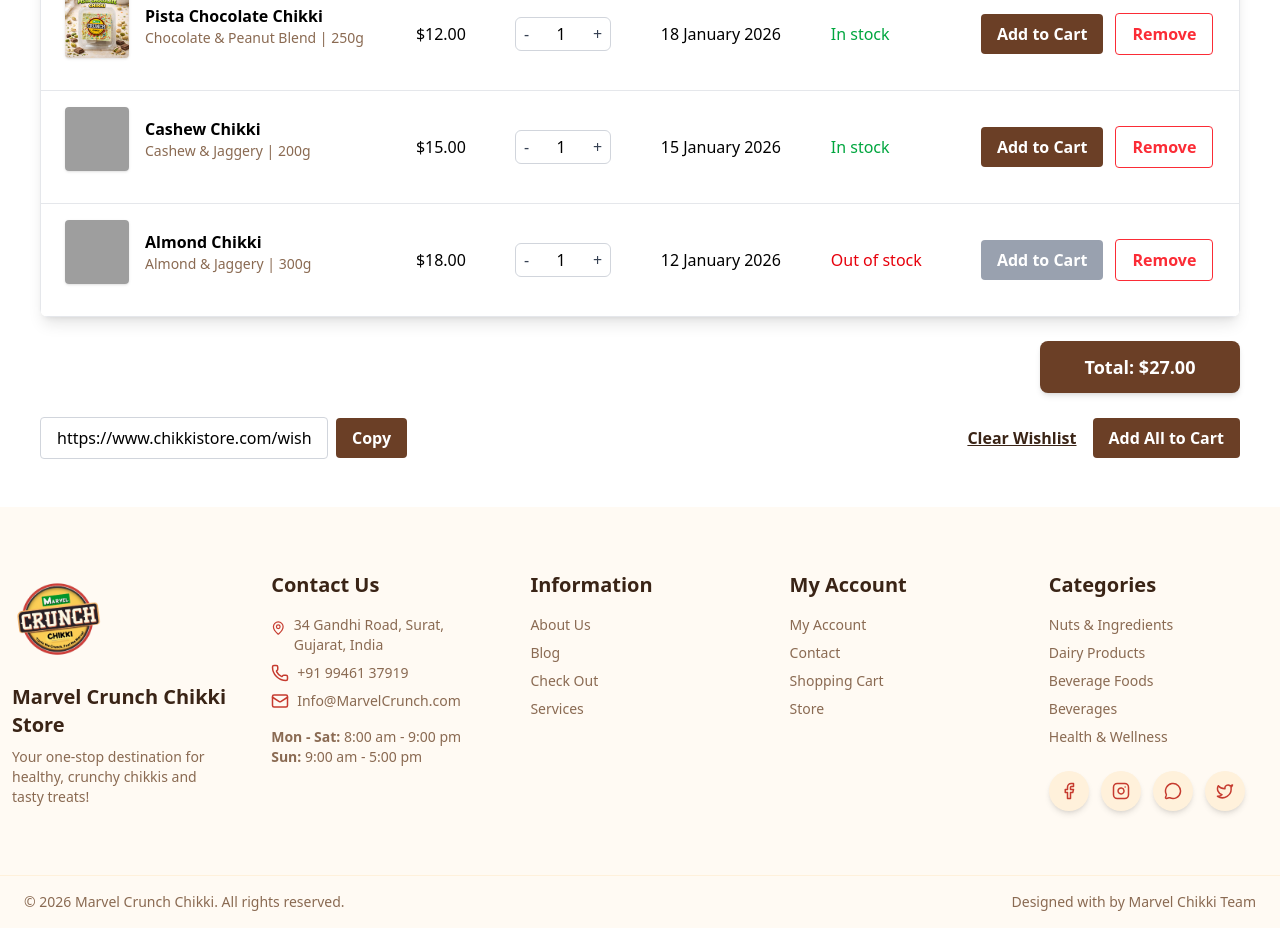
Repository: sita7411/sweet-website-frontend
Page: /wishlist (app in customer-website/)
The author's editor kept a copy of each file at every save. The page is drawn from the files as they stood at one save, then again after the next save.
The browser window is 1280 px wide. The pictures show the part of the page from y = 509 to 1461 px (the page is 1437 px tall before and 1461 px after).
Pictures or frames that could not be fetched are drawn as grey boxes. The project was rebuilt for these pictures with package versions that can differ from the ones it lists, and the page was loaded fresh each time. Also part of the build but not shown: customer-website/vite.config.js, customer-website/src/components/Herosection/Herosection.jsx, customer-website/src/components/FeaturesSection/FeaturesSection.jsx, customer-website/src/components/PopularItems/PopularItems.jsx, customer-website/src/components/AboutUs/AboutUs.jsx, customer-website/src/components/BestsellerSection/BestsellerSection.jsx, customer-website/src/components/OfferSection/OfferSection.jsx, customer-website/src/components/TestimonialsSection/TestimonialsSection.jsx and 5 more.

Above is the page before, as saved 2026-01-02 09:53:29.

After the next save:
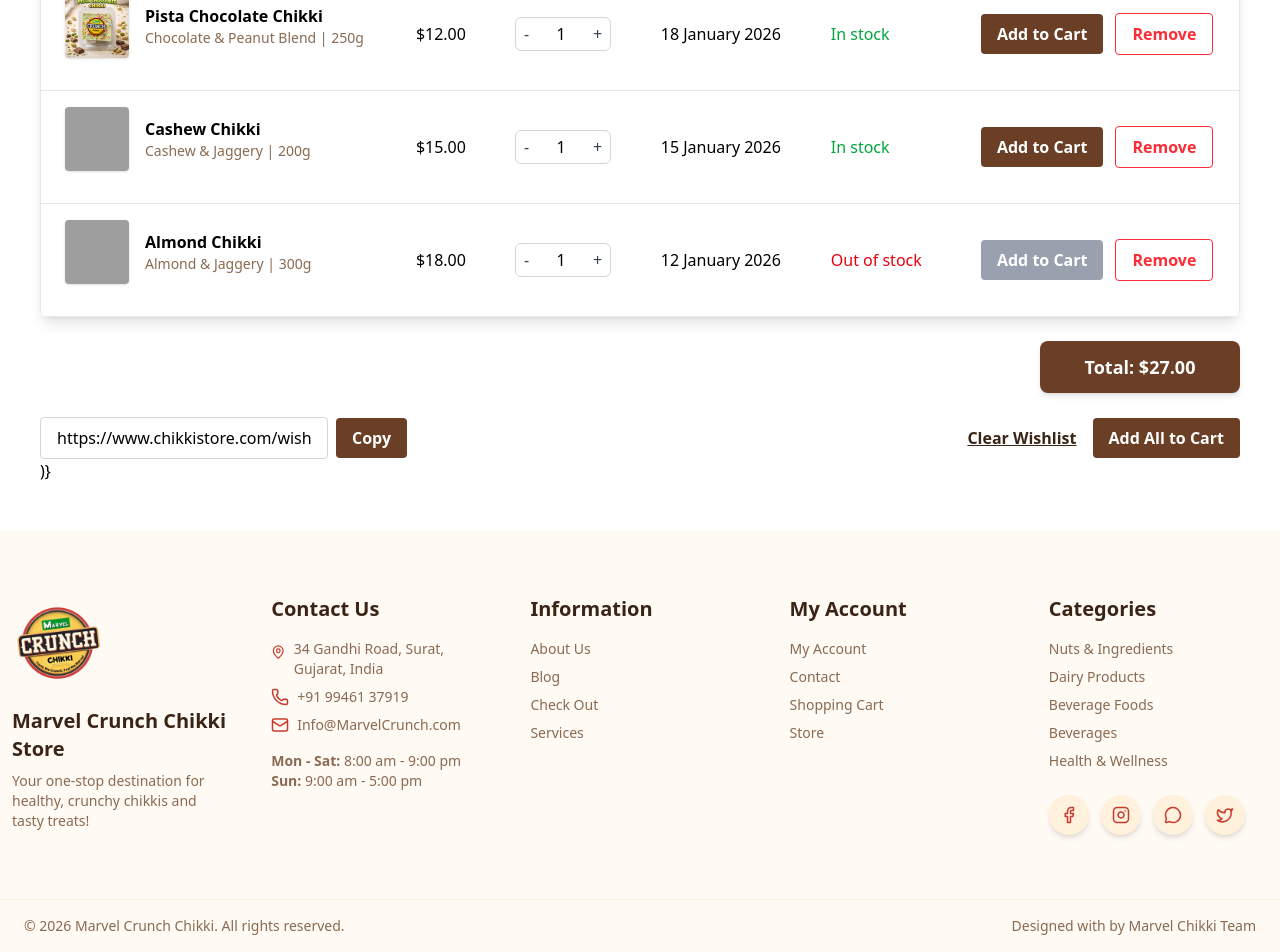
Saved 5 min 22 s later.
--- a/customer-website/src/pages/Wishlist.jsx
+++ b/customer-website/src/pages/Wishlist.jsx
@@ -100,11 +100,39 @@
 
             {/* Wishlist Table */}
             <div className="container mx-auto mt-12 mb-12 px-4 md:px-10">
-                {wishlist.length === 0 ? (
-                    <div className="text-center py-10 text-[var(--text-muted)] font-semibold">
-                        Your wishlist is empty 😔
-                    </div>
-                ) : (
+               {wishlist.length === 0 ? (
+    <div className="text-center py-10 flex flex-col items-center justify-center gap-6 text-[var(--text-muted)] font-semibold">
+        {/* Empty Wishlist Image */}
+        <img
+            src="/images/empty-wishlist.png" // replace with your empty image
+            alt="Empty Wishlist"
+            className="w-32 h-32 object-contain"
+        />
+
+        {/* Main Message */}
+        <p className="text-lg md:text-xl font-semibold text-[var(--text-main)]">
+            Your wishlist is empty 😔
+        </p>
+
+        {/* Sub Message */}
+        <p className="text-sm md:text-base">
+            Browse our products and start adding your favorites!
+        </p>
+
+        {/* Shop Now Button */}
+        <a
+            href="/products" // replace with your products page route
+            className="mt-2 px-6 py-2 bg-[var(--secondary)] hover:bg-[var(--primary)] text-white font-semibold rounded transition"
+        >
+            Shop Now
+        </a>
+    </div>
+) : (
+    <>
+        {/* Existing wishlist table */}
+    </>
+)}
+
                     <>
                         <div className="overflow-x-auto shadow-lg rounded-lg">
                             <table className="w-full min-w-[700px] text-left border border-gray-200">

After the 2 saves that followed:
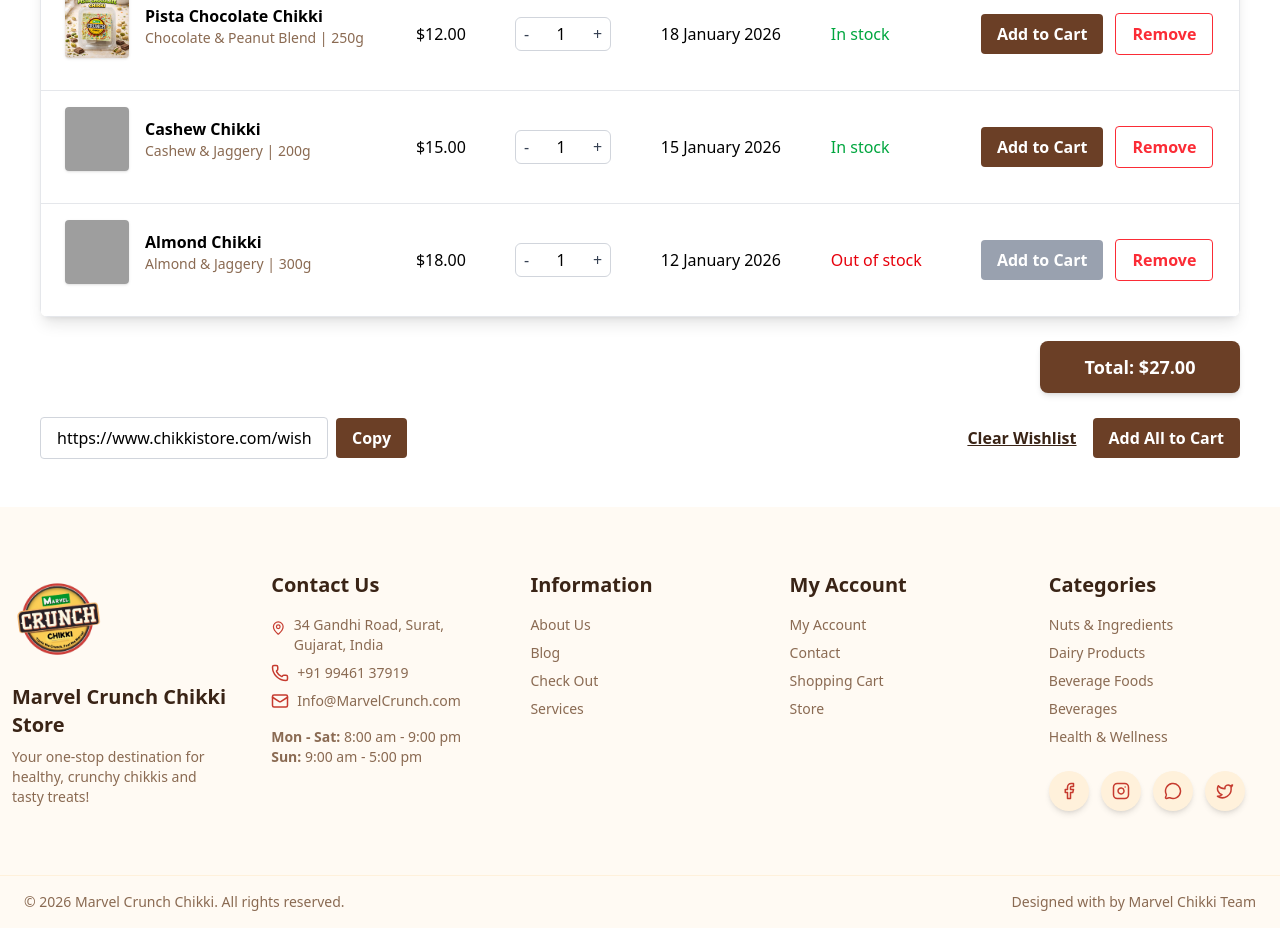
The 2 saves are shown as one change because they came seconds apart.
The last was saved 6 s later.
--- a/customer-website/src/pages/Wishlist.jsx
+++ b/customer-website/src/pages/Wishlist.jsx
@@ -100,38 +100,34 @@
 
             {/* Wishlist Table */}
             <div className="container mx-auto mt-12 mb-12 px-4 md:px-10">
-               {wishlist.length === 0 ? (
-    <div className="text-center py-10 flex flex-col items-center justify-center gap-6 text-[var(--text-muted)] font-semibold">
-        {/* Empty Wishlist Image */}
-        <img
-            src="/images/empty-wishlist.png" // replace with your empty image
-            alt="Empty Wishlist"
-            className="w-32 h-32 object-contain"
-        />
-
-        {/* Main Message */}
-        <p className="text-lg md:text-xl font-semibold text-[var(--text-main)]">
-            Your wishlist is empty 😔
-        </p>
-
-        {/* Sub Message */}
-        <p className="text-sm md:text-base">
-            Browse our products and start adding your favorites!
-        </p>
-
-        {/* Shop Now Button */}
-        <a
-            href="/products" // replace with your products page route
-            className="mt-2 px-6 py-2 bg-[var(--secondary)] hover:bg-[var(--primary)] text-white font-semibold rounded transition"
-        >
-            Shop Now
-        </a>
-    </div>
-) : (
-    <>
-        {/* Existing wishlist table */}
-    </>
-)}
+                {wishlist.length === 0 ? (
+                    <div className="text-center py-10 flex flex-col items-center justify-center gap-6 text-[var(--text-muted)] font-semibold">
+                        {/* Empty Wishlist Image */}
+                        <img
+                            src="/images/empty-wishlist.png" // replace with your empty image
+                            alt="Empty Wishlist"
+                            className="w-32 h-32 object-contain"
+                        />
+
+                        {/* Main Message */}
+                        <p className="text-lg md:text-xl font-semibold text-[var(--text-main)]">
+                            Your wishlist is empty 😔
+                        </p>
+
+                        {/* Sub Message */}
+                        <p className="text-sm md:text-base">
+                            Browse our products and start adding your favorites!
+                        </p>
+
+                        {/* Shop Now Button */}
+                        <a
+                            href="/products" // replace with your products page route
+                            className="mt-2 px-6 py-2 bg-[var(--secondary)] hover:bg-[var(--primary)] text-white font-semibold rounded transition"
+                        >
+                            Shop Now
+                        </a>
+                    </div>
+                ) : (
 
                     <>
                         <div className="overflow-x-auto shadow-lg rounded-lg">
@@ -212,8 +208,8 @@
                                                 <div className="flex flex-col sm:flex-row gap-3 items-center justify-center min-h-[80px]">
                                                     <button
                                                         className={`px-4 py-2 rounded text-white font-semibold transition ${item.stock === 'In stock'
-                                                                ? 'bg-[var(--secondary)] hover:bg-[var(--primary)]'
-                                                                : 'bg-gray-400 cursor-not-allowed'
+                                                            ? 'bg-[var(--secondary)] hover:bg-[var(--primary)]'
+                                                            : 'bg-gray-400 cursor-not-allowed'
                                                             }`}
                                                         disabled={item.stock !== 'In stock'}
                                                         onClick={() => handleAddToCart(item)}
@@ -270,8 +266,8 @@
                                 </button>
                                 <button
                                     className={`px-4 py-2 rounded font-semibold text-white transition ${wishlist.filter((item) => item.stock === 'In stock').length === 0
-                                            ? 'bg-gray-300 cursor-not-allowed'
-                                            : 'bg-[var(--secondary)] hover:bg-[var(--primary)]'
+                                        ? 'bg-gray-300 cursor-not-allowed'
+                                        : 'bg-[var(--secondary)] hover:bg-[var(--primary)]'
                                         }`}
                                     onClick={handleAddAllToCart}
                                     disabled={wishlist.filter((item) => item.stock === 'In stock').length === 0}
